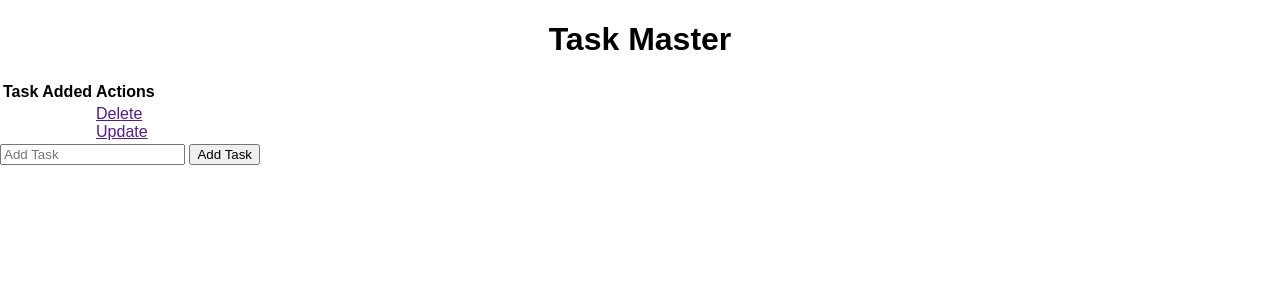
Repository: shaysnutss/FirstFlaskApp
Page: http://localhost/
The author's editor kept a copy of each file at every save. The page is drawn from the files as they stood at one save, then again after a run of saves.
The browser window is 1280 px wide. The pictures show the whole page.
The page is served by the project's application, run on Flask 3 (app.py).

Above is the page before, as saved 2022-08-25 01:21:44.

After the next 2 saves:
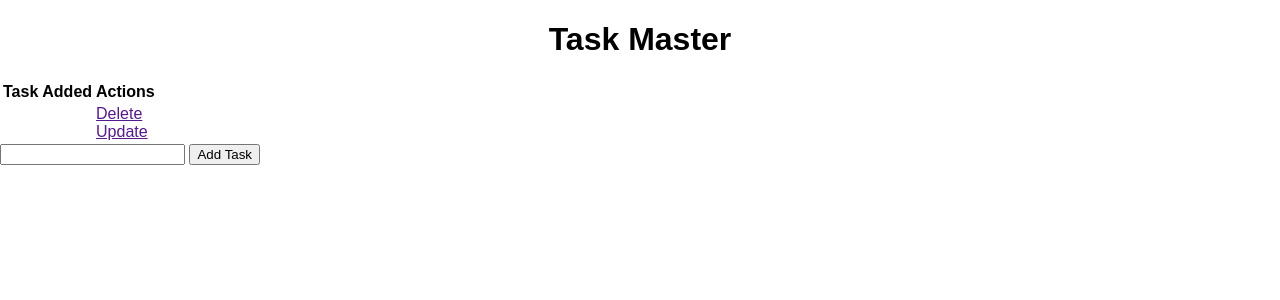
The 2 saves are shown as one change because they came seconds apart.
The last was saved 7 s later.
--- a/templates/index.html
+++ b/templates/index.html
@@ -25,7 +25,7 @@
 
     </table>
     <form action="/" method="POST">
-        <input type="text" name="task" placeholder="Add Task">
+        <input type="text" name="content" id="Add Task">
         <input type="submit" value="Add Task">
     </form>
 
